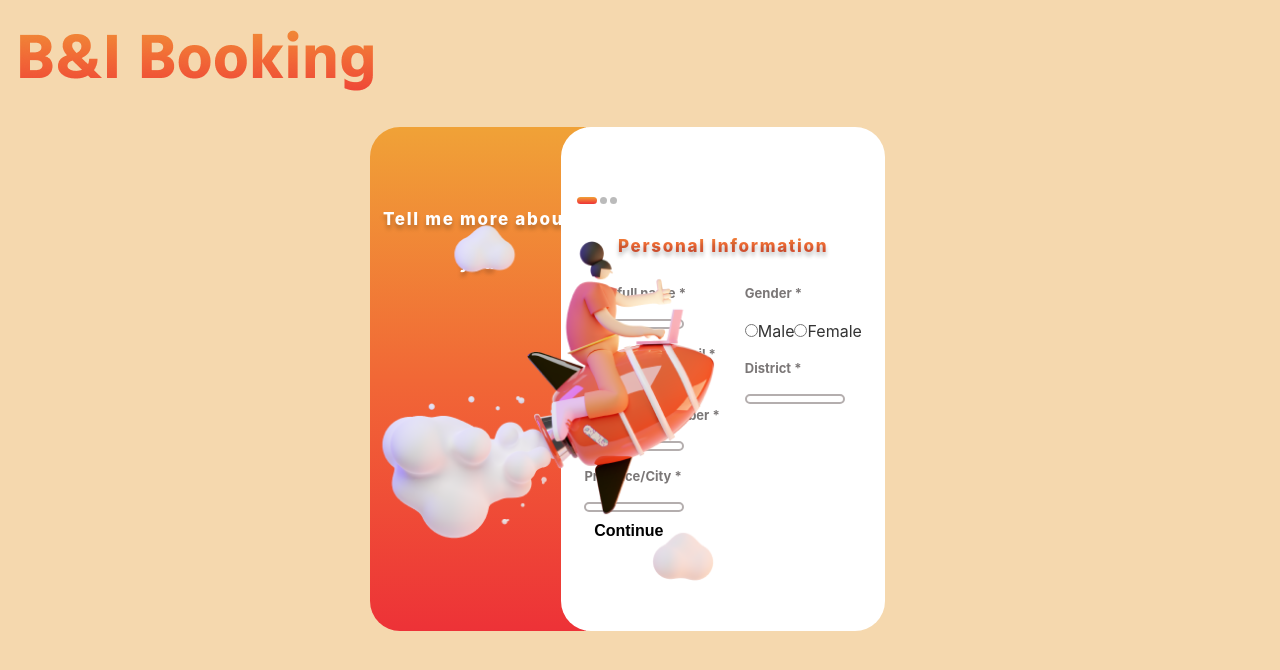
Repository: Grand-Line-PNV/FE-BIBooking
Page: /
These files come from the project's save history. The page is drawn as it stood at one moment and after a run of saves; the edit follows.
The browser window is 1280 px wide. The pictures show the whole page.
The project was rebuilt for these pictures with package versions that can differ from the ones it lists, and the page was loaded fresh each time. Also part of the build but not shown: src/App.css.

Above is the page before, as saved 2023-02-06 11:00:12.

After the next 2 saves:
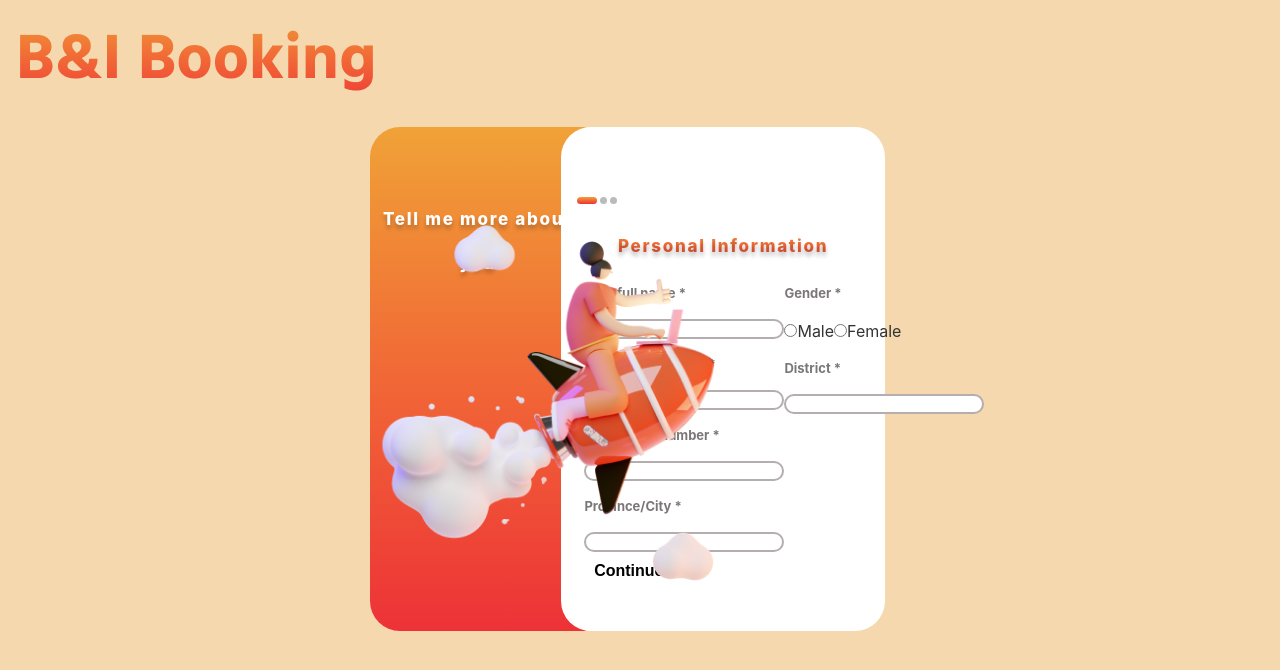
The 2 saves are shown as one change because they came seconds apart.
The last was saved 5 s later.
--- a/src/view/pages/Influencers/PersonalInformation/PersonalInformation.module.scss
+++ b/src/view/pages/Influencers/PersonalInformation/PersonalInformation.module.scss
@@ -121,8 +121,8 @@
                   background: #ffffff;
                   border: 2px solid #b4aeae;
                   border-radius: 99px;
-                  width: 100px;
-                  height: 10px;
+                  width: 200px;
+                  height: 20px;
                   font-size: 20px;
                   text-align: center;
                 }
